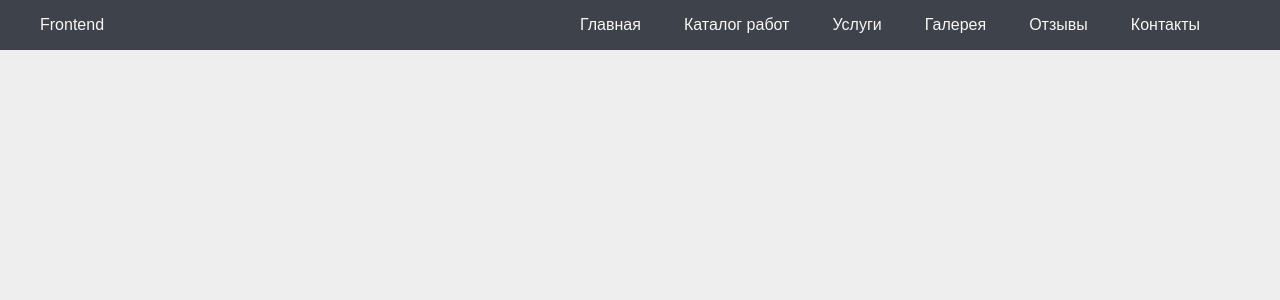
Repository: mnats725/art-drop
Page: index.html
The author's editor kept a copy of each file at every save. The page is drawn from the files as they stood at one save, then again after the next save.
The browser window is 1280 px wide. The pictures show the whole page.

Above is the page before, as saved 2024-05-20 19:48:10.

### index.html
<!DOCTYPE html>
<html lang="en">
<head>
    <meta charset="UTF-8">
    <meta http-equiv="X-UA-Compatible" content="IE=edge">
    <meta name="viewport" content="width=device-width, initial-scale=1.0">
    <link rel="icon" href="https://i.ibb.co/GP3dyzw/IMG-6199.jpg">
    <title>Frontend-кейс</title>
    <link rel="stylesheet" href="./css/style.css">
</head>
<body>
    <div class="wrapper">
        <header class="header">
            <!-- Шапка -->
            <div class="logo">
                <span>Frontend</span>
            </div>
            <!-- Меню сайта -->
            <nav class="nav">
                <ul>
                    <li>Главная</li>
                    <li>Каталог работ</li>
                    <li>Услуги</li>
                    <li>Галерея</li>
                    <li>Отзывы</li>
                    <li>Контакты</li>
                </ul>
            </nav>
            <!-- Иконка бургерменю -->
            <div class="burger">
                <span></span>
            </div>
        </header>
    </div>
    <script>
        document.querySelector('.burger').addEventListener('click', function() {
            this.classList.toggle('active');
            document.querySelector('.nav').classList.toggle('open');
        })
    </script>
</body>
</html>

### css/style.css
html, body {
    height: 100%;
    width: 100%;
}

body {
    display: flex;
    flex-direction: column;
    font-family: Arial, "Helvetica Neue", Helvetica, sans-serif;
    background-color: #eee;
}

*{
    padding: 0;
    margin: 0;
    box-sizing: border-box;
}

.wrapper{
    flex-grow: 1;
}

.open{
    display: flex !important;
}

.header{
    display: flex;
    align-items: center;
    justify-content: space-between;
    min-height: 50px;
    background-color: #3E424B;
    color: #FAF6F2;
    padding: 0 40px;
}


.nav{
    display: flex;
    width: 700px;
    padding: 0 40px;
}

.nav ul{
    width: 100%;
    list-style: none;
    display: flex;
    justify-content: space-between;
}

.burger{
    display: none;
    position: relative;
    z-index: 50;
    align-items: center;
    justify-content: flex-end;
    width: 30px;
    height: 18px;
}

.burger span{
    height: 2px;
    width: 80%;
    transform: scale(1);
    background-color: #FAF6F2;
}

.burger::before, .burger::after{
    content: '';
    position: absolute;
    height: 2px;
    width: 100%;
    background-color: #FAF6F2;
    transition: all 0.3s ease 0s;
}

.burger::before { top: 0 }

.burger::after { bottom: 0 }


/* Добавляем класс active для анимации иконки бургера */
.burger.active span { transform: scale(0) }

.burger.active::before{
    top: 50%;
    transform: rotate(-45deg) translate(0, -50%);
}

.burger.active::after{
    bottom: 50%;
    transform: rotate(45deg) translate(0, 50%);
}


/* При разрешении экрана 900px и ниже, выводим на экран иконку бургера */
@media (max-width: 900px) {

    .burger { display: flex }

    .nav{
        display: none;
        flex-direction: column;
        position: fixed;
        height: 100%;
        width: 100%;
        top: 0; bottom: 0; left: 0; right: 0;
        z-index: 50;
        overflow-y: auto;
        padding: 50px 40px;
        background-color: black;
        animation: burgerAnimation 0.4s;
    }

    .nav ul{
        flex-direction: column;
        row-gap: 30px;
    }
}

@keyframes burgerAnimation {
    from {opacity: 0}
    to {opacity: 1}
}

After the next save:
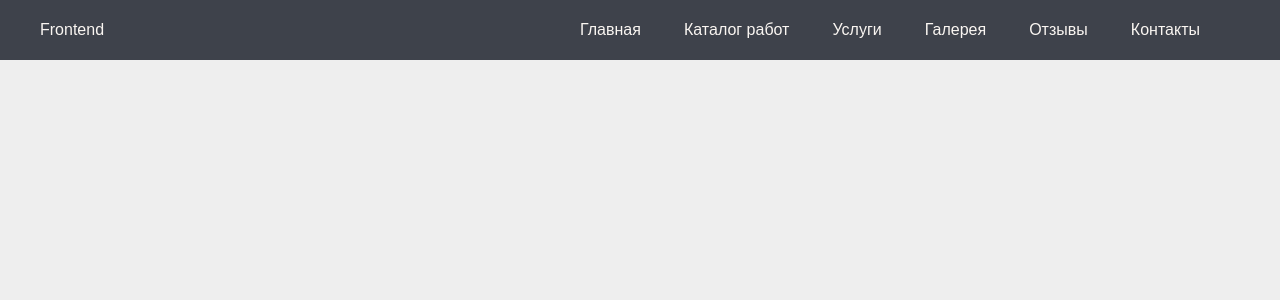
Saved 4 s later.
--- a/css/style.css
+++ b/css/style.css
@@ -28,7 +28,7 @@ body {
     display: flex;
     align-items: center;
     justify-content: space-between;
-    min-height: 50px;
+    min-height: 60px;
     background-color: #3E424B;
     color: #FAF6F2;
     padding: 0 40px;
